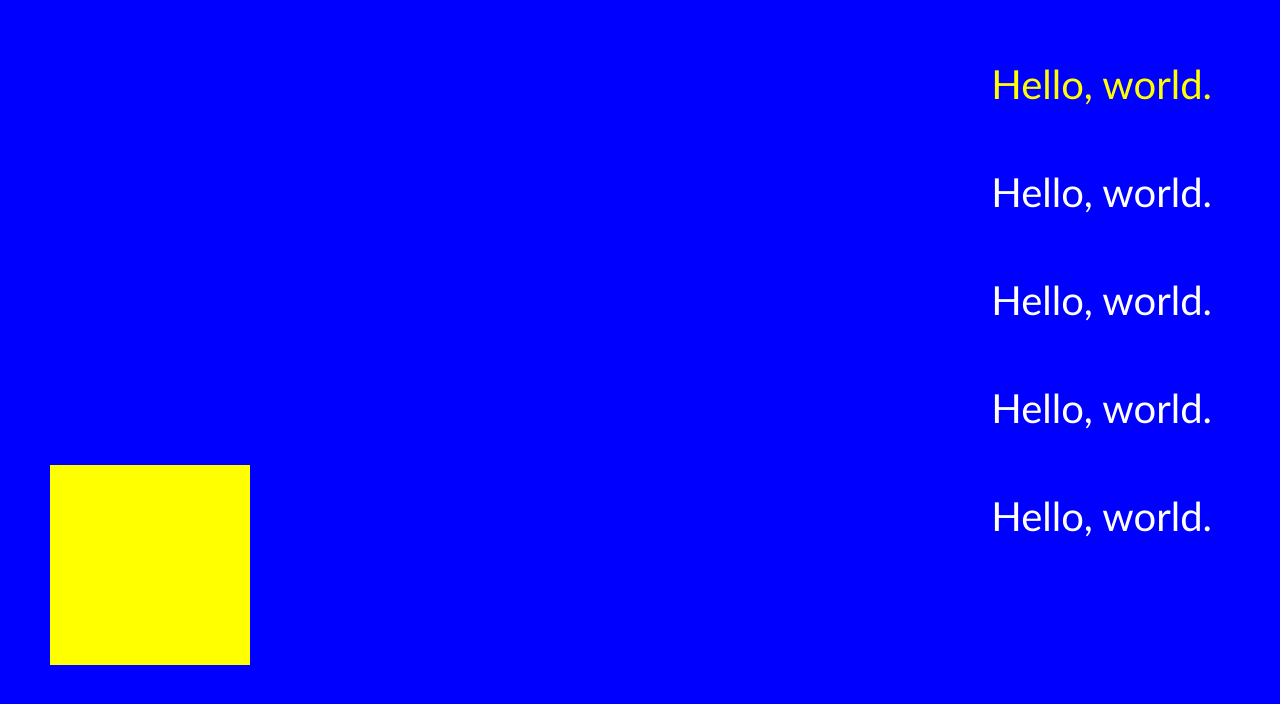
Repository: ConnyPinto/connypinto.github.io
Page: index.html
The author's editor kept a record of every edit. The page is drawn from the files as they stood at one moment, then again after the next edit.
The browser window is 1280 px wide. The pictures show the whole page.

Above is the page before.

### index.html
<!DOCTYPE html>
<html>
	<head>
		<title>Hello, world.</title>
		<link href="styles.css" rel="stylesheet">
	</head>
	<body>

	<a href="http://creativecomputing.me"></a>

	<div class= "one">

	</div>

		<p class= "paragraph2"> Hello, world.</p>
		<p> Hello, world.</p>
		<p> Hello, world.</p>
		<p> Hello, world.</p>
		<p> Hello, world.</p>
	</body>
</html>

### styles.css
body {
    background-color: blue;
    color: white;
    font-size:40px;
    font-family: "gill sans", futura, sans-serif;
    text-align: right;
}

p {
    margin: 60px;
}
.paragraph2 {
    color: yellow;
}

.one{
    width: 200px;
    height: 200px;
    background-color : yellow;
    position: fixed;
    bottom: 55px;
    left: 50px;

}

After the next edit:
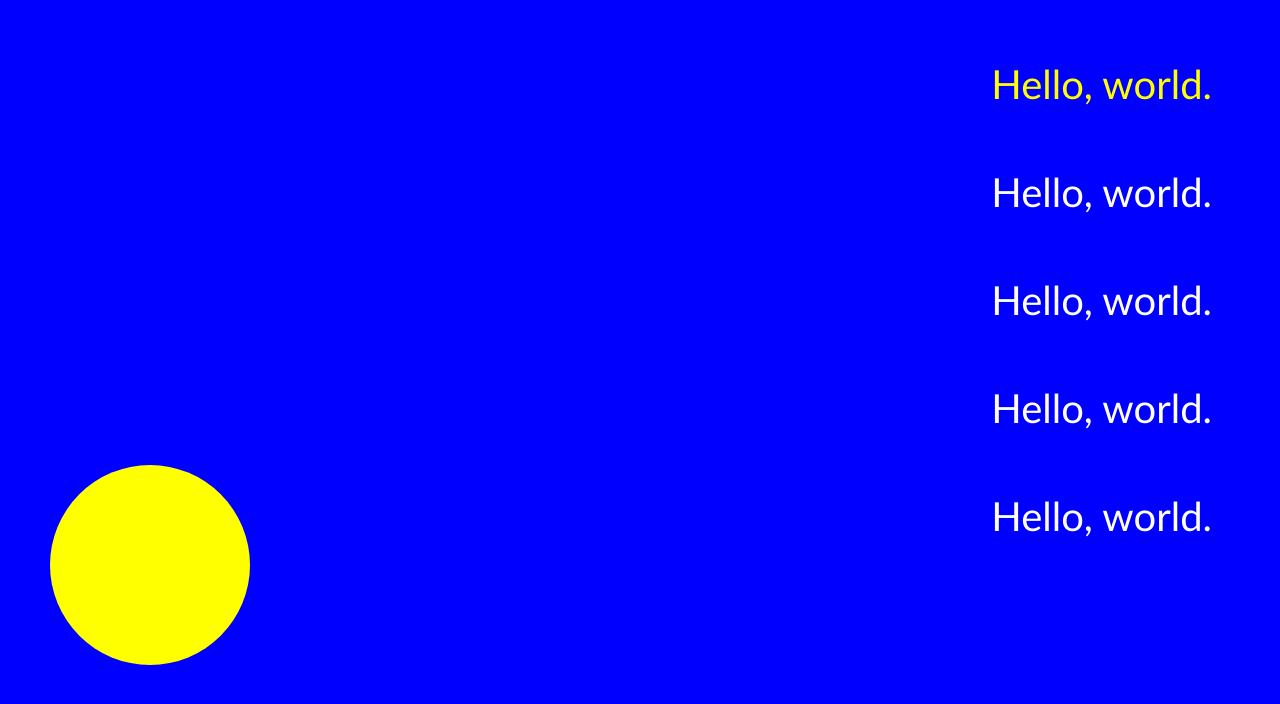
The edit:
--- a/styles.css
+++ b/styles.css
@@ -20,5 +20,8 @@
     position: fixed;
     bottom: 55px;
     left: 50px;
-
+    border-radius:100px;
 }
+.one: hover {{
+background-color:white;
+}
